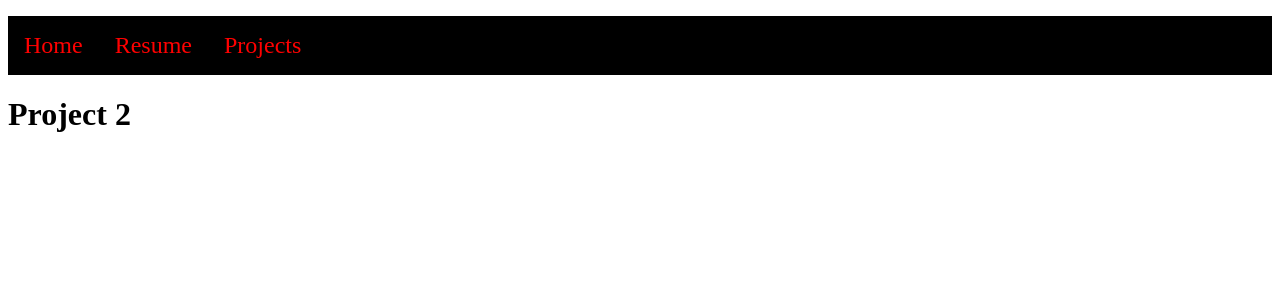
Repository: Kur0bane/Kur0bane.github.io
Page: project2.html
The author's editor kept a record of every edit. The page is drawn from the files as they stood at one moment, then again after the next edit.
The browser window is 1280 px wide. The pictures show the whole page.

Above is the page before.

After the next edit:
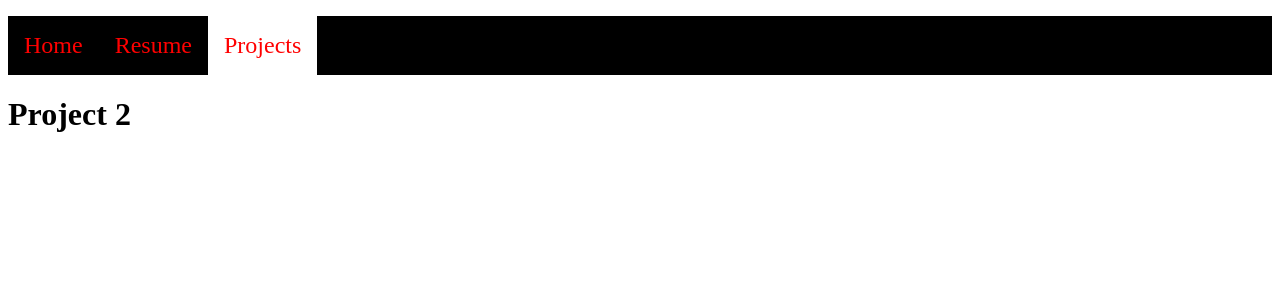
The edit:
--- a/project2.html
+++ b/project2.html
@@ -11,7 +11,7 @@
             <li><a href="index.html">Home</a></li>
             <li><a href="resume.html">Resume</a></li>
             <li class="dropdown">
-                <div>Projects</div>
+                <div class="active">Projects</div>
                 <ul class="dropdown-content">
                     <li><a href="project1.html">Project 1</a></li>
                     <li class="active"><a href="project2.html">Project 2</a></li>
